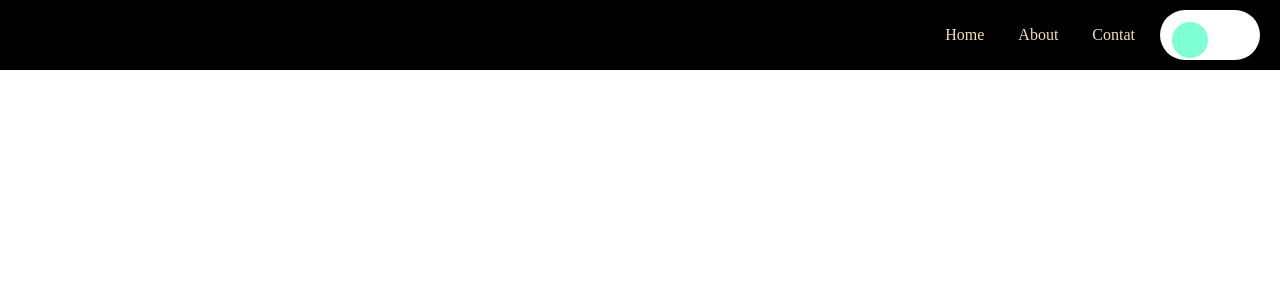
Repository: imokha01/toggleNavBar
Page: index.html
These files come from the project's save history. The page is drawn as it stood at one moment and after the next save; the edit follows.
The browser window is 1280 px wide. The pictures show the whole page.

Above is the page before, as saved 2023-12-26 22:36:30.

After the next save:
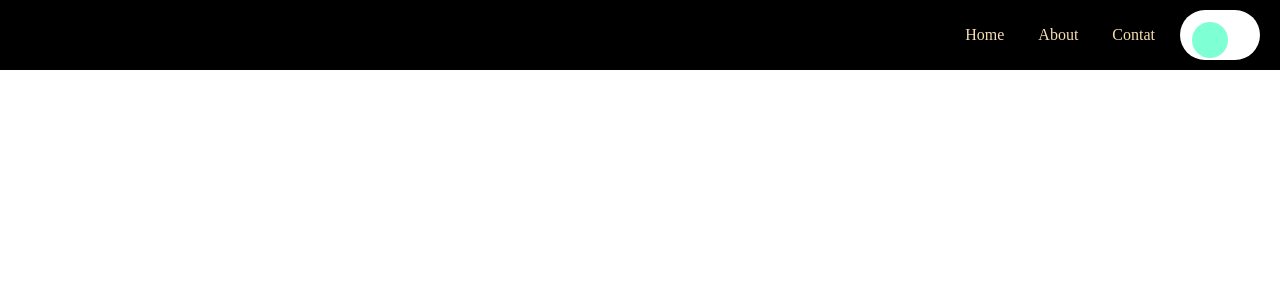
Saved 5 s later.
--- a/style.css
+++ b/style.css
@@ -32,7 +32,7 @@
 }
 
 .checkbox {
-    width: 100px;
+    width: 80px;
     height:50px;
     border-radius: 60px;
     background-color: #fff;
